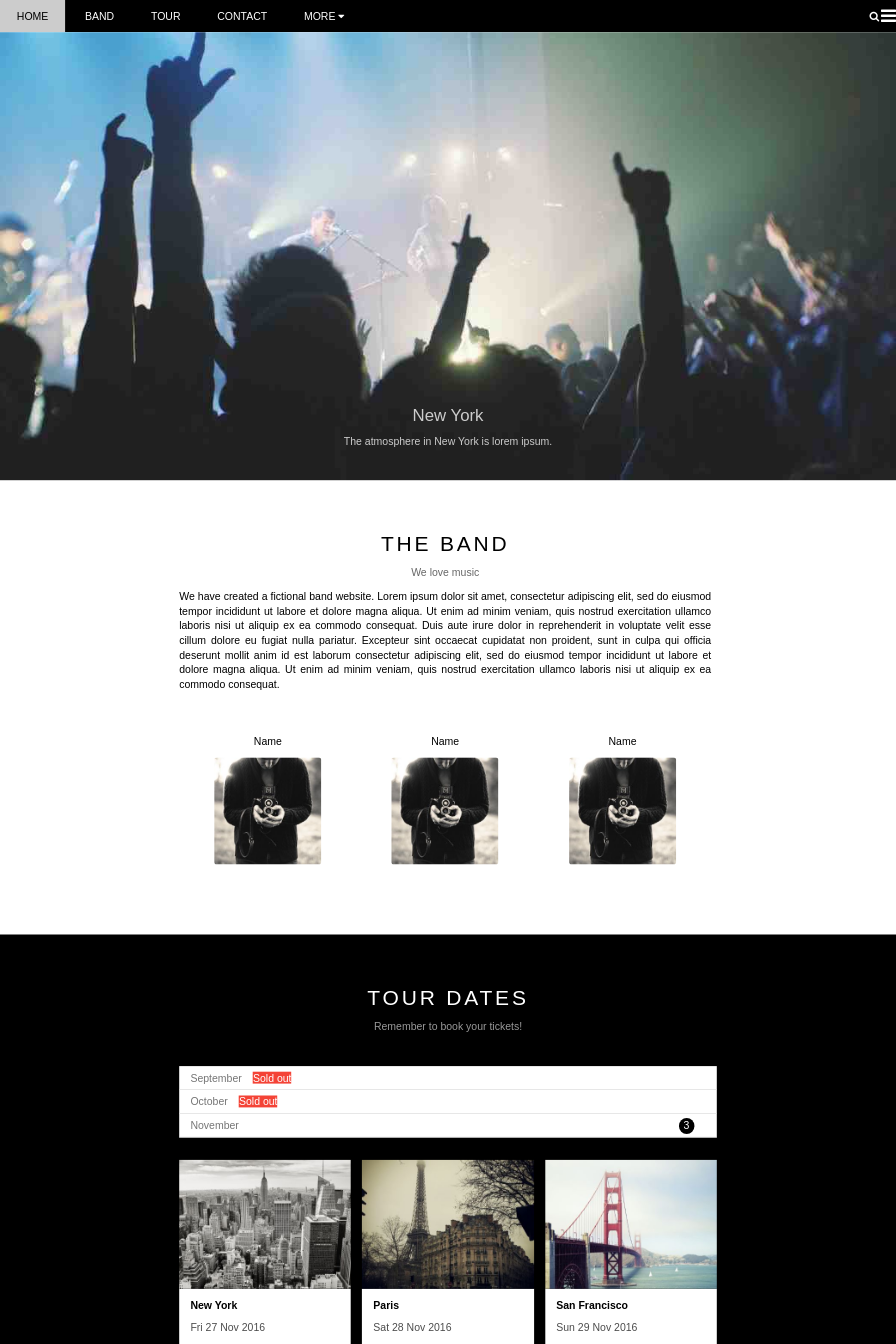
Repository: nguyenhoang2002062929/band
Page: index.html
An editor plug-in stored every save of this project. The page is shown before and after the next save, followed by the edit.
The browser window is 1280 px wide. The pictures show the part of the page from y = 0 to 1920 px (the page is 3487 px tall), at 70% of full size.

Above is the page before, as saved 2023-06-11 13:21:32.

After the next save:
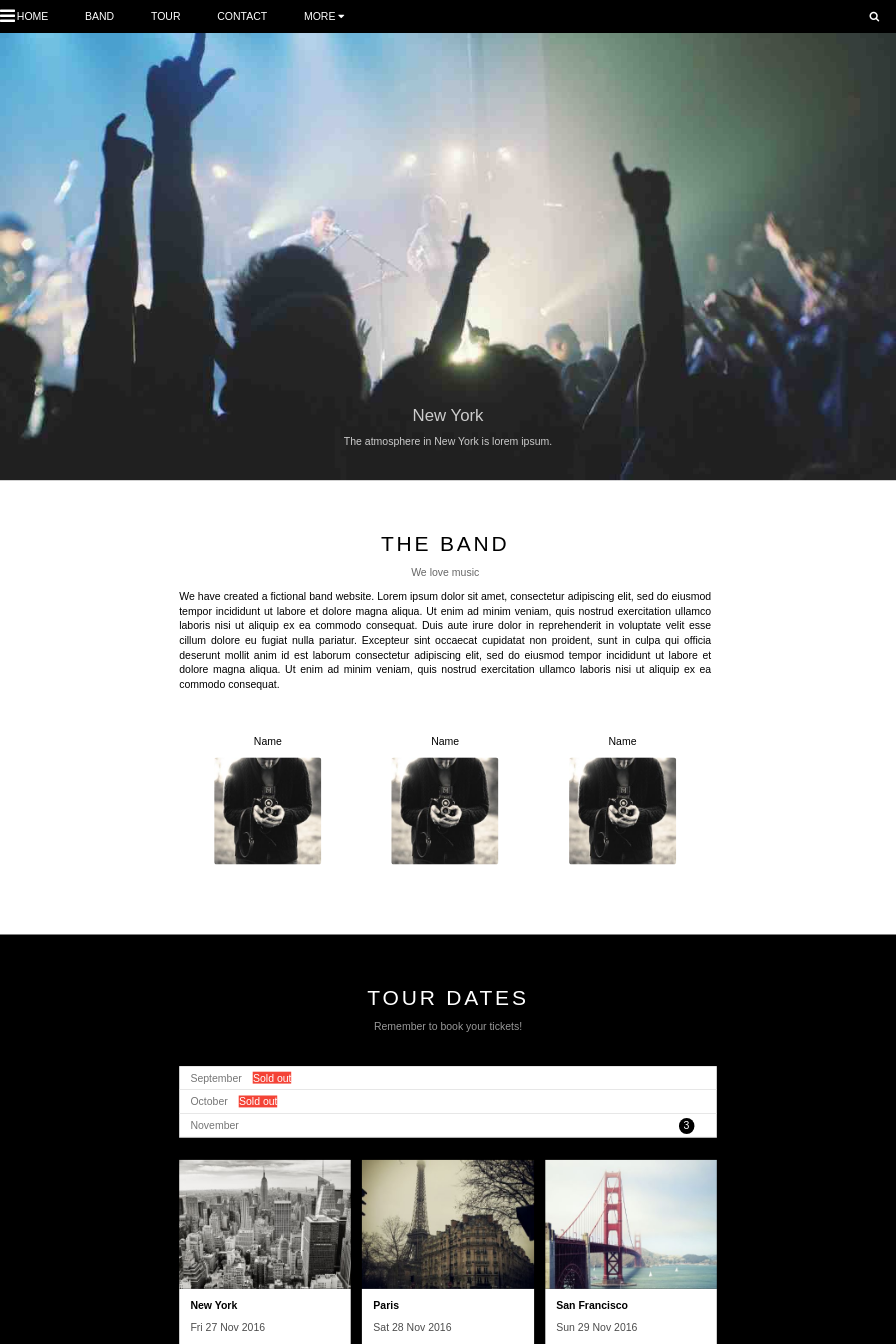
Saved 17 s later.
--- a/assets/css/style.css
+++ b/assets/css/style.css
@@ -413,13 +413,12 @@
     position: absolute;
     color: #fff;
     bottom: 0px;
-    right: 0px;
+    right: 8pxpx;
     top: 0px;
     font-size: 25px;
     display: none;
     text-align: center;
     line-height: 46px;
-
     display: block;
 }
 

After the save that followed:
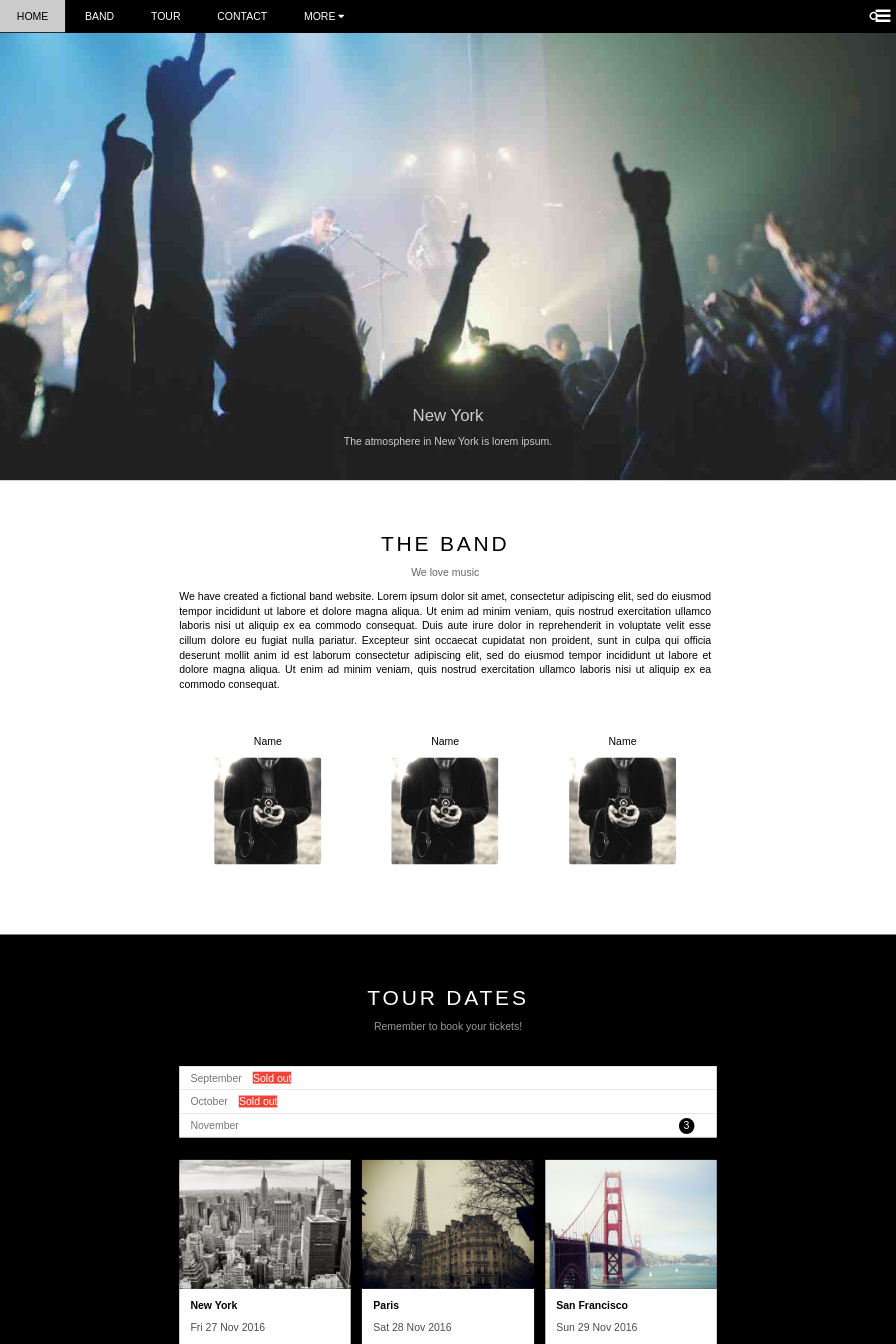
Saved 7 s later.
--- a/assets/css/style.css
+++ b/assets/css/style.css
@@ -413,7 +413,7 @@
     position: absolute;
     color: #fff;
     bottom: 0px;
-    right: 8pxpx;
+    right: 8px;
     top: 0px;
     font-size: 25px;
     display: none;
